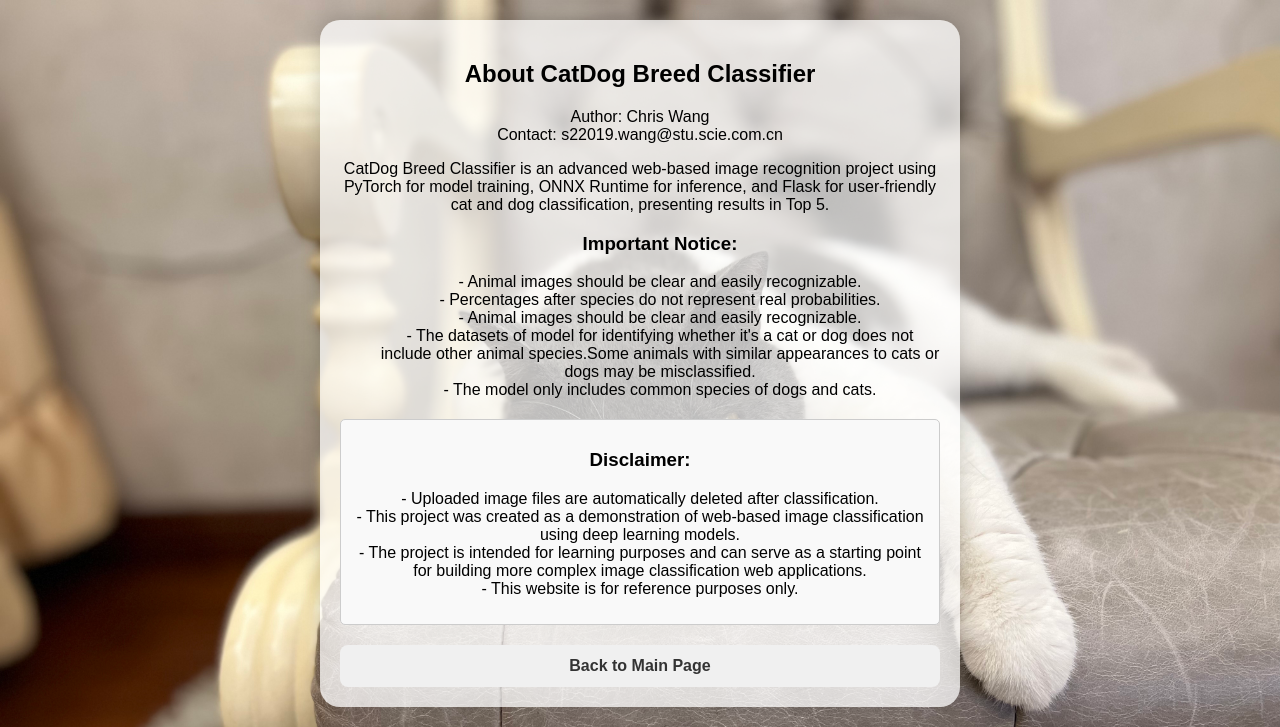
Repository: EveningStudy/CatDog_Breed_Classifier
Page: http://localhost/about
An editor plug-in stored every save of this project. The page is shown before and after the next save, followed by the edit.
The browser window is 1280 px wide. The pictures show the whole page.
Backgrounds fixed to the window are drawn as part of the page. The page is served by the project's application, run on Flask 3 (app.py). Other server files are loaded and not shown.

Above is the page before, as saved 2023-09-29 11:53:27.

### templates/about.html
<!DOCTYPE html>
<html lang="en">

<head>
    <meta charset="UTF-8">
    <meta name="viewport" content="width=device-width, initial-scale=1.0">
    <title>About CatDog Breed Classifier</title>
    <link rel="icon" href="static/logo.ico" type="image/x-icon">
    <link rel="stylesheet" href="static/style.css">
    <style>
        .disclaimer {
            margin-top: 20px;
            background-color: #f9f9f9;
            padding: 10px;
            border: 1px solid #ccc;
            border-radius: 5px;
        }
    </style>
</head>

<body>
    <div class="container">
        <h2>About CatDog Breed Classifier</h2>
        <p>
            Author: Chris Wang<br>
            Contact: s22019.wang@stu.scie.com.cn
        </p>
        <p>
            CatDog Breed Classifier is an advanced web-based image recognition project using PyTorch for model training,
            ONNX Runtime for inference, and Flask
            for user-friendly cat and dog classification, presenting results in Top 5.
        </p>
        <ol class="important-notice">
            <h3>Important Notice: </h3>
            <p>
                - Animal images should be clear and easily recognizable.<br>
                - Percentages after species do not represent real probabilities.<br>
                - Animal images should be clear and easily recognizable.<br>
                - The datasets of model for identifying whether it's a cat or dog does not include other animal
                species.Some animals with similar appearances to cats or dogs may be misclassified.<br>
                - The model only includes common species of dogs and cats.<br>
            </p>
        </ol>
        <p></p>

        <div class="disclaimer">
            <h3>Disclaimer:</h3>
            <p>
                - Uploaded image files are automatically deleted after classification.<br>
                - This project was created as a demonstration of web-based image classification using deep learning
                models. <br>
                - The project is intended for learning purposes and can serve as a starting point for building more
                complex image classification web applications. <br>
                - This website is for reference purposes only. <br>
            </p>
        </div>
        <a href="/" class="button">Back to Main Page</a>
    </div>
</body>

</html>

### app.py
from flask import Flask, render_template, request, redirect, url_for, flash, session
from werkzeug.utils import secure_filename
from utils import classification_main_onnxruntime
import uuid
import os

def delete_old_images(upload_folder, num_to_delete):
    images = os.listdir(upload_folder)
    images.sort(key=lambda x: os.path.getmtime(os.path.join(upload_folder, x)))
    for i in range(num_to_delete):
        file_to_delete = os.path.join(upload_folder, images[i])
        try:
            os.remove(file_to_delete)
        except Exception as e:
            print(f'Error deleting file: {str(e)}')

def generate_secret_key():
    return os.urandom(24)

current_directory = os.path.dirname(os.path.abspath(__file__))
static_folder = os.path.join(current_directory, "static")

app = Flask(__name__,static_folder="static",template_folder="templates")
app.secret_key = generate_secret_key()
app.config['UPLOAD_FOLDER'] = os.path.join(current_directory, "static/uploads")

ALLOWED_EXTENSIONS = {'png', 'jpg', 'jpeg', 'bmp'}

# if not os.path.exists(os.path.join(current_directory, "uploads")):
    # os.makedirs(os.path.join(current_directory, "uploads"))
if not os.path.exists(os.path.join(current_directory, "static", "uploads")):
    os.makedirs(os.path.join(current_directory, "static", "uploads"))


uploaded_images = os.listdir(app.config['UPLOAD_FOLDER'])
if len(uploaded_images) > 2:

    delete_old_images(app.config['UPLOAD_FOLDER'], len(uploaded_images) - 5)

def allowed_file(filename):
    return '.' in filename and filename.rsplit('.', 1)[1].lower() in ALLOWED_EXTENSIONS

@app.route('/', methods=['GET', 'POST'])
def index():
    if 'user_id' not in session:
        session['user_id'] = str(uuid.uuid4())

    if request.method == 'POST':
        if 'file' not in request.files:
            flash('No file part', 'error')
            return redirect(request.url)
        file = request.files['file']
        if file.filename == '':
            flash('No selected file', 'error')
            return redirect(request.url)
        if file and allowed_file(file.filename):
            filename = secure_filename(file.filename)
            # file_path = os.path.join(current_directory, "uploads", filename)
            image_path = os.path.join(current_directory, "static", "uploads", filename)
            file.save(image_path)
            # file.save(image_path)
            preds, output = classification_main_onnxruntime.cat_and_dog_classification(image_path)
            if preds[0] < 0.985:
                result = "The image is neither a dog nor a cat."
            elif output:
                preds_dog = classification_main_onnxruntime.dog_classification(image_path)
                result = format_results(preds_dog, "Dog")
            elif output == 0:
                preds_cat = classification_main_onnxruntime.cat_classification(image_path)
                result = format_results(preds_cat, "Cat")
            image_path = os.path.join("uploads", filename)
            image_path = image_path.replace("\\", "/")
            session['result'] = result
            session['image_path'] = image_path
            return redirect(url_for('results'))
        else:
            flash('Invalid file type', 'error')
            return redirect(request.url)
    return render_template('index.html')

@app.route('/results')
def results():
    return render_template('results.html', result=session.get('result', None), image_path=session.get('image_path', None))

@app.route('/about')
def about():
    return render_template('about.html')

@app.route('/clear', methods=['GET', 'POST'])
def clear():
    if request.method == 'POST':
        session.pop('result', None)
        session.pop('image_path', None)
        return redirect('/')

    return "Page cleared successfully"

def format_results(predictions, category):
    result_text = f"{category} (Top 5 Results):<br>"
    for i, (class_name, prob) in enumerate(predictions[:5], start=1):
        result_text += f"{i}. {class_name}: {prob * 100:.2f}%<br>"
    return result_text

if __name__ == '__main__':
    app.run(debug=True)

### static/style.css
body {
    background-image: url('111.jpg');
    background-size: cover;
    background-position: center;
    background-attachment: fixed;
    margin: 0;
    padding: 0;
    font-family: Arial, sans-serif;
    display: flex;
    flex-direction: column;
    min-height: 100vh;

}

.container {
    text-align: center;
    padding: 20px;
    background-color: rgba(255, 255, 255, 0.73);
    border-radius: 20px;
    margin: 20px auto;
    max-width: 600px;
    box-shadow: 0px 0px 20px rgba(0, 0, 0, 0.2);
}

h1 {
    margin-top: 20px;
    color: #333;
    font-size: 28px;
}

form {
    margin-top: 20px;
}

input[type="file"] {
    margin-right: 10px;
}

.upload-button {
    margin-top: 20px;
    background-color: #4CAF50;
    color: white;
    border: none;
    padding: 16px 32px;
    border-radius: 8px;
    font-size: 18px;
    cursor: pointer;
}

.upload-button:hover {
    background-color: #45a049;
}

.button {
    display: block;
    margin-top: 20px;
    text-decoration: none;
    color: #333;
    background-color: #f0f0f0;
    padding: 12px 24px;
    border-radius: 8px;
    font-weight: bold;
    font-size: 16px;
    transition: background-color 0.3s;
}

.button:hover {
    background-color: #ddd;
}

.clear-button {
    background-color: #FF5733;
    color: white;
    border: none;
    padding: 16px 32px;
    border-radius: 8px;
    font-size: 18px;
    cursor: pointer;
}

.clear-button:hover {
    background-color: #ff4833;
}

.footer {
    background-color: rgba(255, 255, 255, 0.73);
    text-align: center;
    font-size: 14px;
    position: fixed;
    bottom: 0;
    left: 0;
    width: 100%;
    text-align: center;
    padding: 10px 0;
}

.button.about-button {
    position: fixed;
    margin-top: 0;
    bottom: 0;
    left: 0;
    width: 100%;
    background-color: #222;
    color: white;
    padding: 16px 32px;
    border-radius: 8px;
    font-size: 16px;
    text-align: center;
    z-index: 999;
}

.button.about-button:hover {
    background-color: #111;
}

img {
    max-width: 100%;
    height: auto;
}

After the next save:
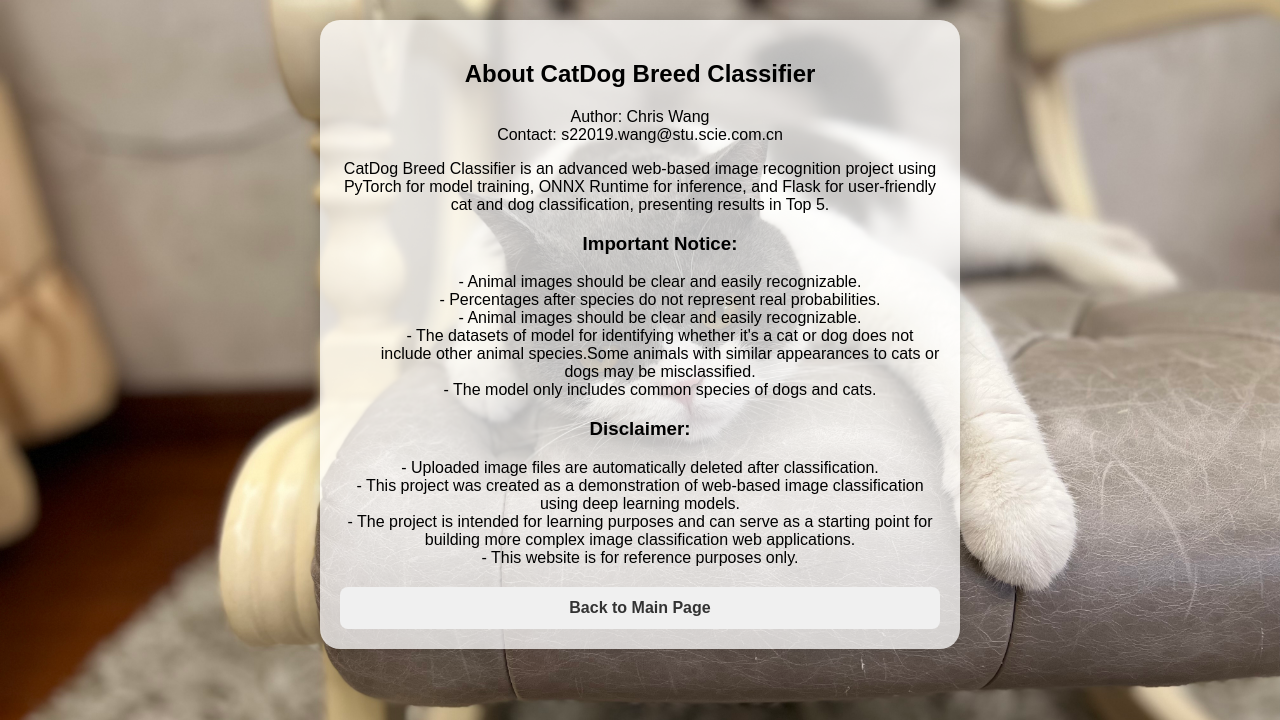
Saved 7 s later.
--- a/templates/about.html
+++ b/templates/about.html
@@ -7,15 +7,6 @@
     <title>About CatDog Breed Classifier</title>
     <link rel="icon" href="static/logo.ico" type="image/x-icon">
     <link rel="stylesheet" href="static/style.css">
-    <style>
-        .disclaimer {
-            margin-top: 20px;
-            background-color: #f9f9f9;
-            padding: 10px;
-            border: 1px solid #ccc;
-            border-radius: 5px;
-        }
-    </style>
 </head>
 
 <body>
